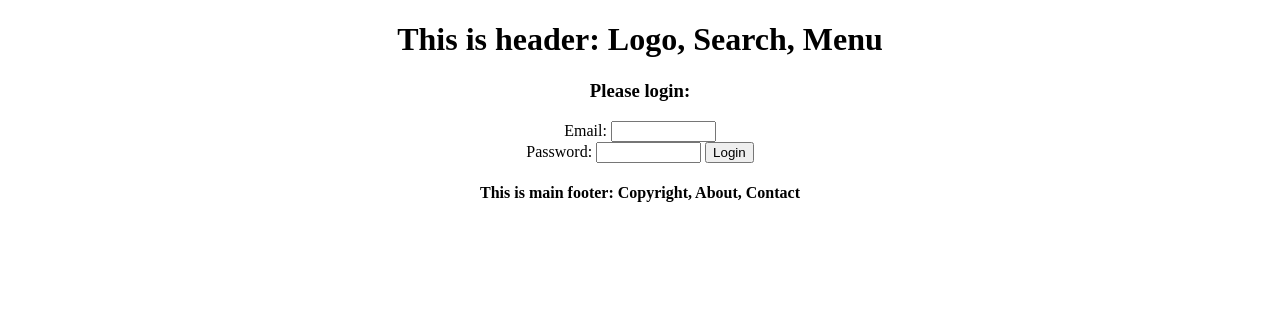
Repository: JadeWensyl/BookStoreProject
Page: http://localhost/BookStoreWebsite/frontend/login.jsp
The author's editor kept a copy of each file at every save. The page is drawn from the files as they stood at one save, then again after the next save.
The browser window is 1280 px wide. The pictures show the whole page.
The page is served by Tomcat 9.

Above is the page before, as saved 2020-01-03 05:15:20.

After the next save:
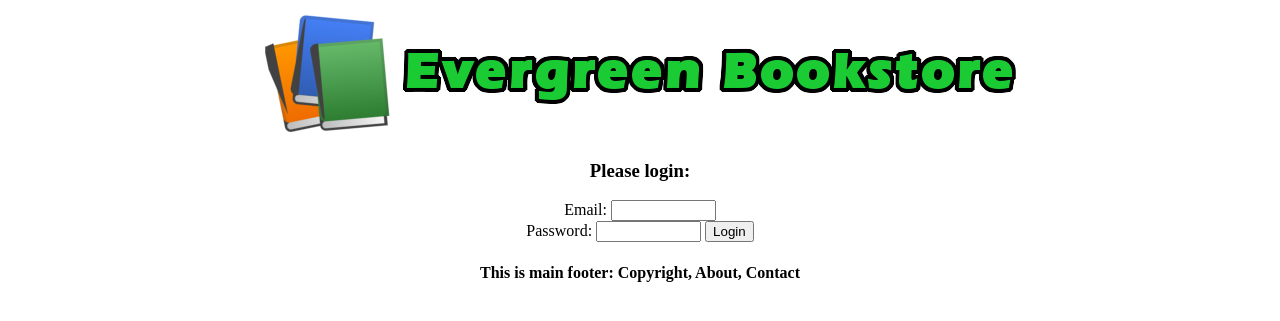
Saved 96 s later.
--- a/BookStoreWebsite/WebContent/frontend/header.jsp
+++ b/BookStoreWebsite/WebContent/frontend/header.jsp
@@ -1,3 +1,5 @@
 	<div align="center">
-		<h1>This is header: Logo, Search, Menu</h1>
+		<div>
+			<img src="images/BookstoreLogo.png" />
+		</div>
 	</div>
